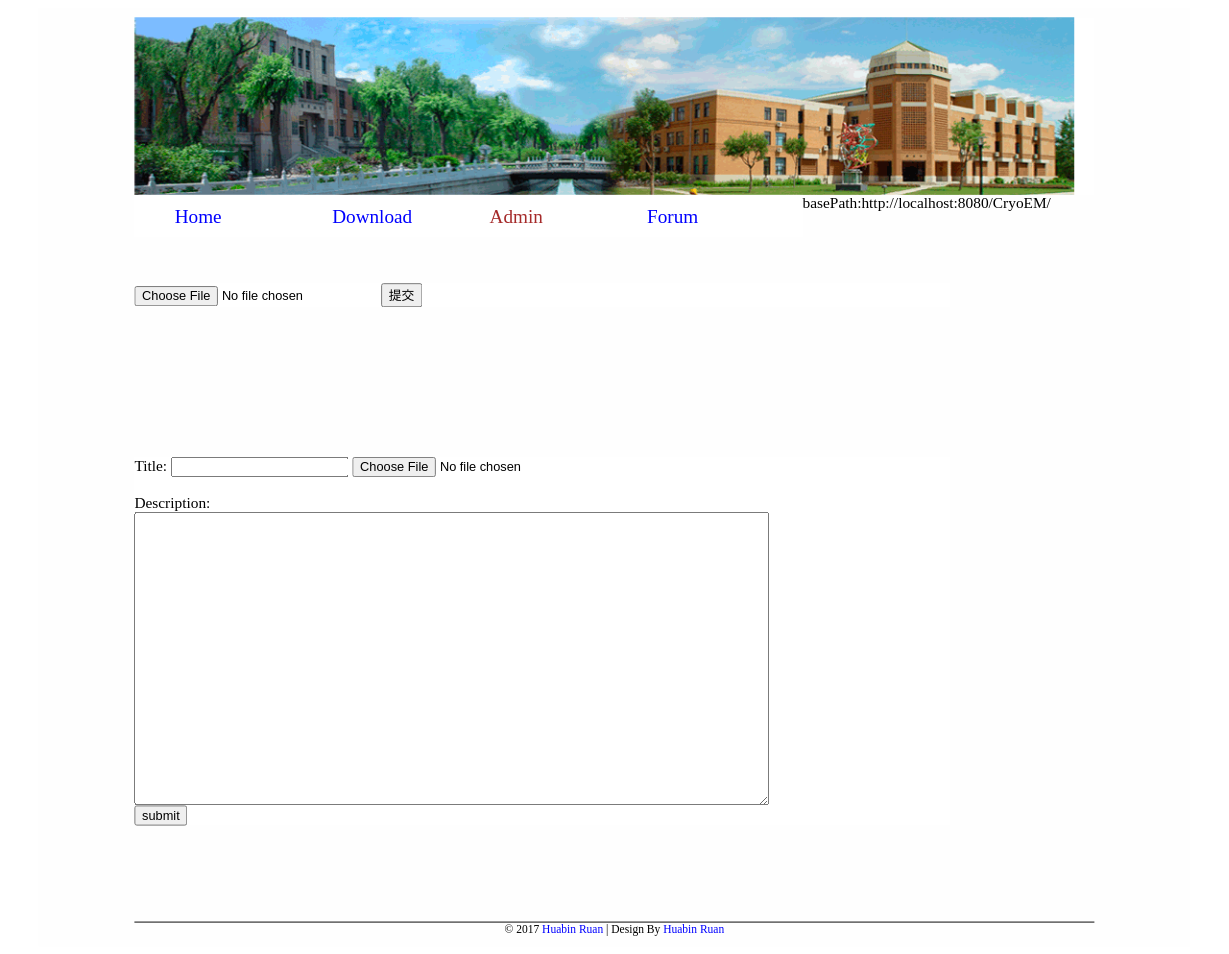
Repository: ruanhuabin/LifeSoftwareWebSite
Page: http://localhost/CryoEM/admin.jsp
An editor plug-in stored every save of this project. The page is shown before and after the next save, followed by the edit.
The browser window is 1280 px wide. The pictures show the whole page, at 96% of full size.
The page is served by Tomcat 9. Nobody is signed in. The application's start-up code is not run.

Above is the page before, as saved 2017-08-11 01:41:01.

After the next save:
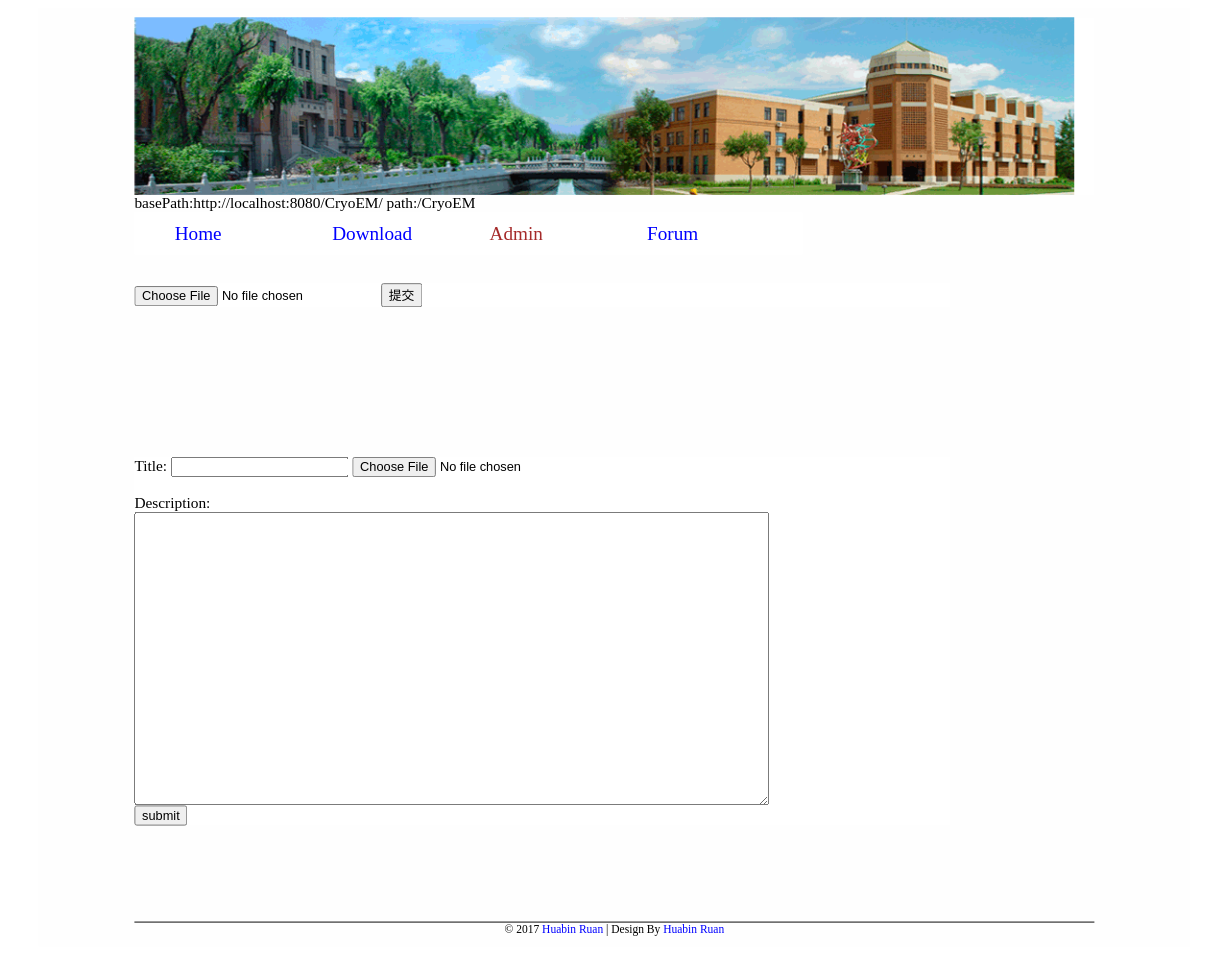
Saved 9 s later.
--- a/CryoEM/WebRoot/admin.jsp
+++ b/CryoEM/WebRoot/admin.jsp
@@ -29,6 +29,7 @@ String basePath = request.getScheme()+"://"+request.getServerName()+":"+request.
 <div id="header">
 </div>
 basePath:<%=basePath%>
+path:<%=path%>
 <div id="navigation">
 	<ul>
 		<li><a href="<%=path%>/index.jsp">Home</a></li>
